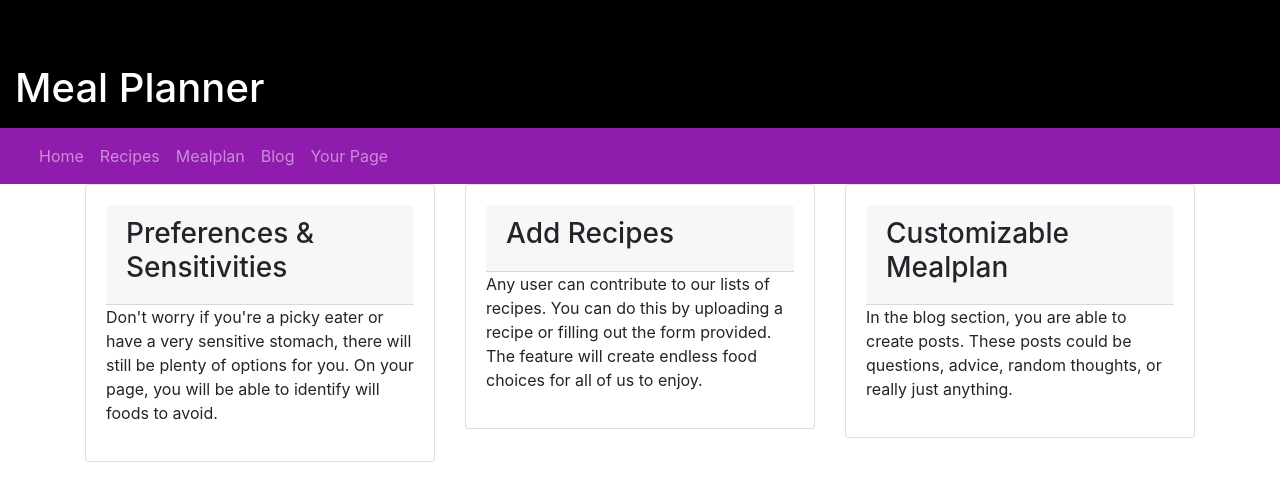
Repository: madisonisfan/mealplanner-react
Page: /
These files come from the project's save history. The page is drawn as it stood at one moment and after the next save; the edit follows.
The browser window is 1280 px wide. The pictures show the whole page.
The project was rebuilt for these pictures with package versions that can differ from the ones it lists, and the page was loaded fresh each time.

Above is the page before, as saved 2021-04-18 13:48:10.

### src/App.js
import React, { Component } from "react";
import "./App.css";
import Main from "./components/MainComponent";
import { BrowserRouter } from "react-router-dom";

class App extends Component {
  render() {
    return (
      <BrowserRouter>
        <div className="App">
          <Main />
        </div>
      </BrowserRouter>
    );
  }
}

export default App;

### src/App.css
.jumbotron {
  height: 100px;
  margin: 0px !important;
  background-color: black !important;
  color: white;
}

.navbar {
  background-color: #901cad;
  color: white;
}

### src/components/MainComponent.js
import React, { Component } from "react";
import Home from "./HomeComponent";
import MainHeader from "./HeaderComponent";
import { Switch, Route, Redirect } from "react-router-dom";

class Main extends Component {
  constructor(props) {
    super(props);
    this.state = {};
  }

  render() {
    return (
      <div>
        <MainHeader />
        <Switch>
          <Route path="/home" component={Home} />
          <Redirect to="/home" />
        </Switch>
      </div>
    );
  }
}
export default Main;

### src/components/HomeComponent.js
import React from "react";
import {
  Card,
  CardHeader,
  CardImg,
  CardText,
  CardBody,
  CardTitle,
} from "reactstrap";

function Home(props) {
  return (
    <div className="container">
      <div className="row">
        <div className="col">
          <Card>
            <CardBody>
              <CardHeader>
                <h3>Preferences & Sensitivities</h3>
              </CardHeader>
              <p>
                Don't worry if you're a picky eater or have a very sensitive
                stomach, there will still be plenty of options for you. On your
                page, you will be able to identify will foods to avoid.
              </p>
            </CardBody>
          </Card>
        </div>
        <div className="col">
          <Card>
            <CardBody>
              <CardHeader>
                <h3>Add Recipes</h3>
              </CardHeader>
              <p>
                Any user can contribute to our lists of recipes. You can do this
                by uploading a recipe or filling out the form provided. The
                feature will create endless food choices for all of us to enjoy.
              </p>
            </CardBody>
          </Card>
        </div>
        <div className="col">
          <Card>
            <CardBody>
              <CardHeader>
                <h3>Customizable Mealplan</h3>
              </CardHeader>
              <p>
                In the blog section, you are able to create posts. These posts
                could be questions, advice, random thoughts, or really just
                anything.
              </p>
            </CardBody>
          </Card>
        </div>
      </div>
    </div> //container
  );
}

export default Home;

### src/components/HeaderComponent.js
import React, { Component } from "react";
import {
  Jumbotron,
  Navbar,
  NavbarBrand,
  NavItem,
  NavLink,
  NavbarToggler,
  Collapse,
  Nav,
} from "reactstrap";

function MainHeader(props) {
  return (
    <React.Fragment>
      <Jumbotron fluid>
        <div className="container-fluid">
          <div className="row  align-items-center">
            <div className="col">
              <h1>Meal Planner</h1>
            </div>
          </div>
        </div>
      </Jumbotron>
      <MainNav />
    </React.Fragment>
  );
}

class MainNav extends Component {
  constructor(props) {
    super(props);
    this.state = {
      isNavOpen: true,
    };
  }
  toggleNav() {
    this.setState({ isNavOpen: !this.state.isNavOpen });
  }

  render() {
    return (
      <Navbar dark sticky="top" expand="md">
        <div className="container-fluid">
          <NavbarToggler isClick={this.toggleNav}></NavbarToggler>
          <Collapse isOpen={this.state.isNavOpen} navbar>
            <Nav navbar>
              <NavItem>
                <NavLink className="nav-link" to="/home">
                  Home
                </NavLink>
              </NavItem>
              <NavItem>
                <NavLink className="nav-link" to="/recipes">
                  Recipes
                </NavLink>
              </NavItem>
              <NavItem>
                <NavLink className="nav-link" to="/mealplan">
                  Mealplan
                </NavLink>
              </NavItem>
              <NavItem>
                <NavLink className="nav-link" to="/blog">
                  Blog
                </NavLink>
              </NavItem>
              <NavItem>
                <NavLink className="nav-link" to="/yourpage">
                  Your Page
                </NavLink>
              </NavItem>
            </Nav>
          </Collapse>
        </div>
      </Navbar>
    );
  }
}

export default MainHeader;

Loaded but not shown: public/index.html (common file); src/index.js (common file); src/index.css (common file); src/reportWebVitals.js (common file)

After the next save:
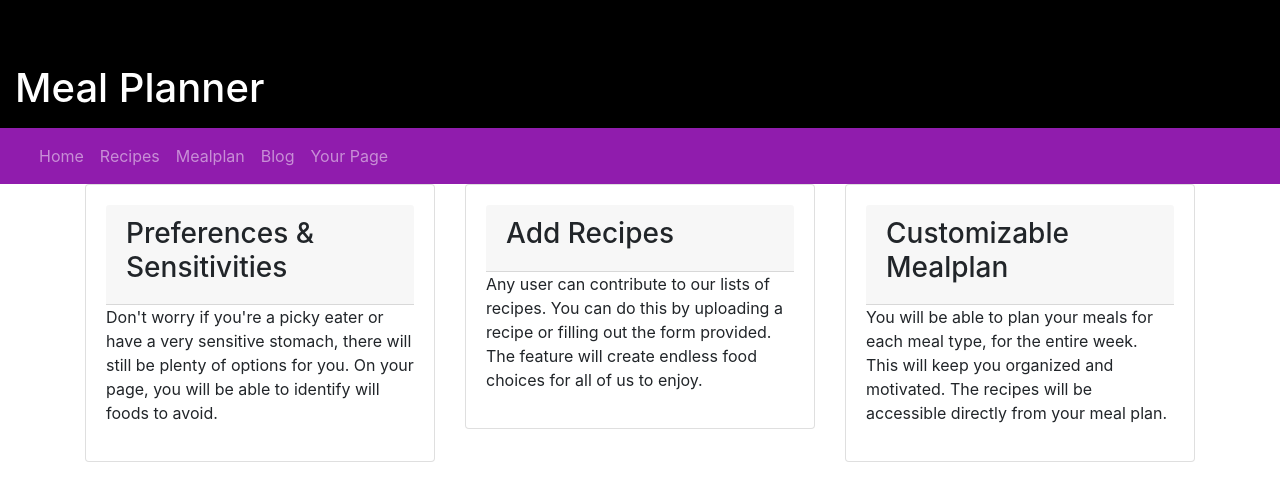
Saved 7 s later.
--- a/src/components/HomeComponent.js
+++ b/src/components/HomeComponent.js
@@ -47,9 +47,9 @@ function Home(props) {
                 <h3>Customizable Mealplan</h3>
               </CardHeader>
               <p>
-                In the blog section, you are able to create posts. These posts
-                could be questions, advice, random thoughts, or really just
-                anything.
+                You will be able to plan your meals for each meal type, for the
+                entire week. This will keep you organized and motivated. The
+                recipes will be accessible directly from your meal plan.
               </p>
             </CardBody>
           </Card>
